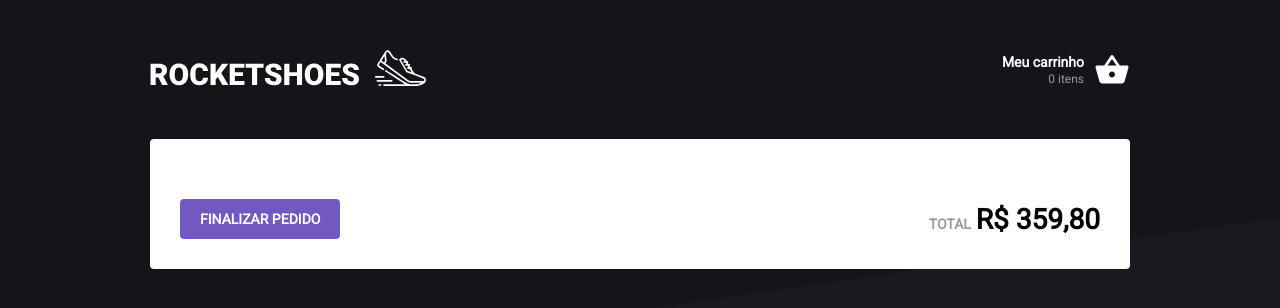
Repository: getbrandao/desafio01-hook
Page: /cart
These files come from the project's save history. The page is drawn as it stood at one moment and after the next save; the edit follows.
The browser window is 1280 px wide. The pictures show the whole page.
The project was rebuilt for these pictures with package versions that can differ from the ones it lists, and the page was loaded fresh each time. Also part of the build but not shown: src/pages/Home/styles.ts, src/pages/Home/index.tsx.

Above is the page before, as saved 2021-12-04 11:39:57.

After the next save:
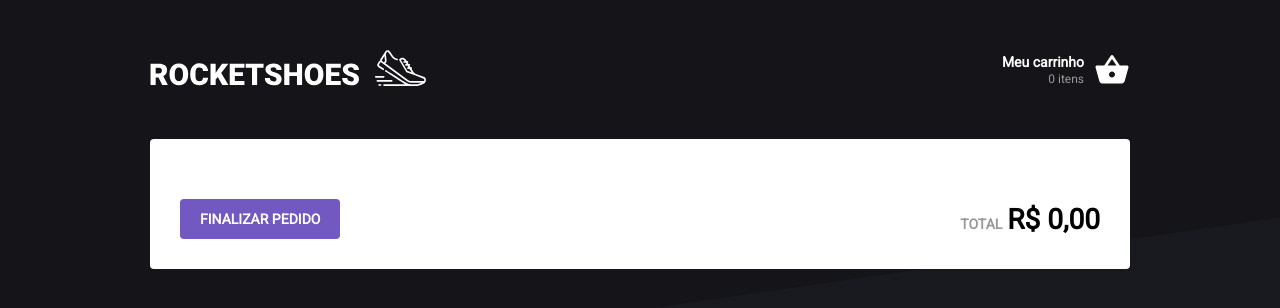
Saved 2 min 50 s later.
--- a/src/pages/Cart/index.tsx
+++ b/src/pages/Cart/index.tsx
@@ -23,12 +23,12 @@ const Cart = (): JSX.Element => {
   // const cartFormatted = cart.map(product => ({
   //   // TODO
   // }))
-  // const total =
-  //   formatPrice(
-  //     cart.reduce((sumTotal, product) => {
-  //       // TODO
-  //     }, 0)
-  //   )
+  const total =
+    formatPrice(
+      cart.reduce((sumTotal, product) => {
+        return sumTotal + (product.amount * product.price)
+      }, 0)
+    )
 
   function handleProductIncrement(product: Product) {
     const amount = product.amount++;
@@ -115,7 +115,7 @@ const Cart = (): JSX.Element => {
 
         <Total>
           <span>TOTAL</span>
-          <strong>R$ 359,80</strong>
+          <strong>{total}</strong>
         </Total>
       </footer>
     </Container>
